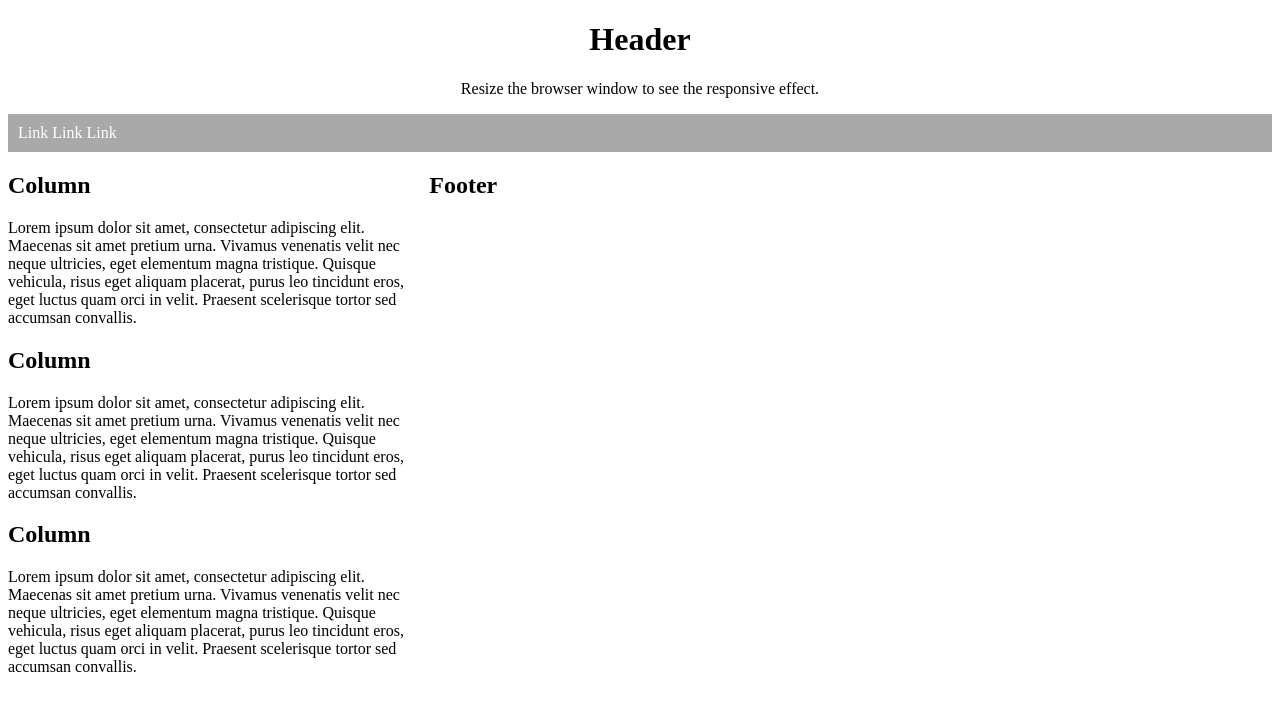
Repository: skybluelion/KB
Page: KB/work05_front/front02_css3/src/main/webapp/css12_website_layout.html
The author's editor kept a copy of each file at every save. The page is drawn from the files as they stood at one save, then again after the next save.
The browser window is 1280 px wide. The pictures show the whole page.

Above is the page before, as saved 2023-04-10 05:03:59.

After the next save:
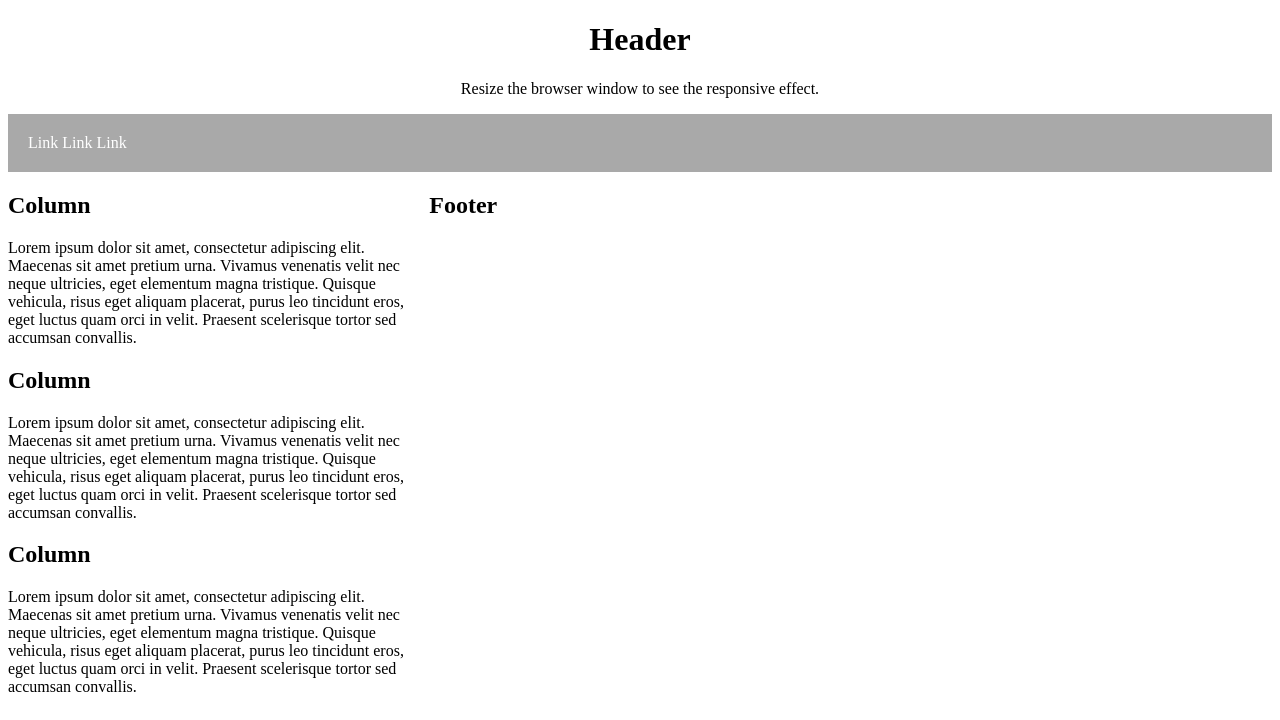
Saved 15 s later.
--- a/KB/work05_front/front02_css3/src/main/webapp/css12_website_layout.html
+++ b/KB/work05_front/front02_css3/src/main/webapp/css12_website_layout.html
@@ -13,7 +13,7 @@
 
 	.topnav{
 		background: darkgray;
-		padding: 10px;
+		padding: 20px;
 	}
 	a{
 		color: white;
